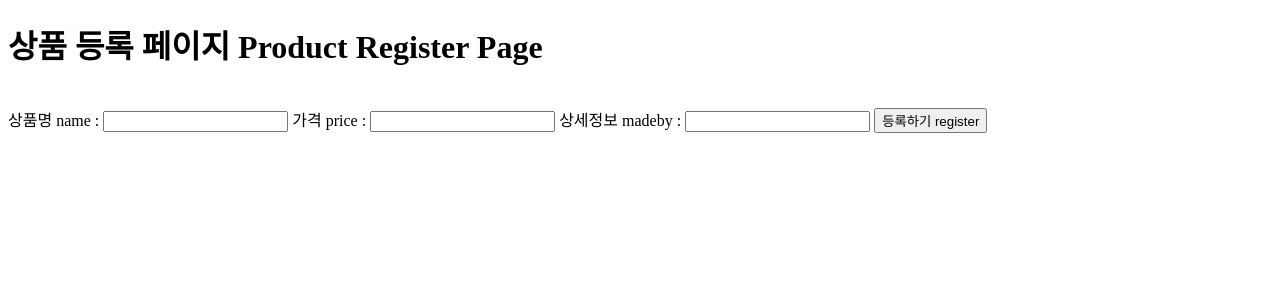
Repository: jungeunpark980906/back.jsp_study
Page: http://localhost/jsp_study/register.jsp
An editor plug-in stored every save of this project. The page is shown before and after the next save, followed by the edit.
The browser window is 1280 px wide. The pictures show the whole page.
The page is served by Tomcat 9.

Above is the page before, as saved 2023-05-11 01:24:43.

After the next save:
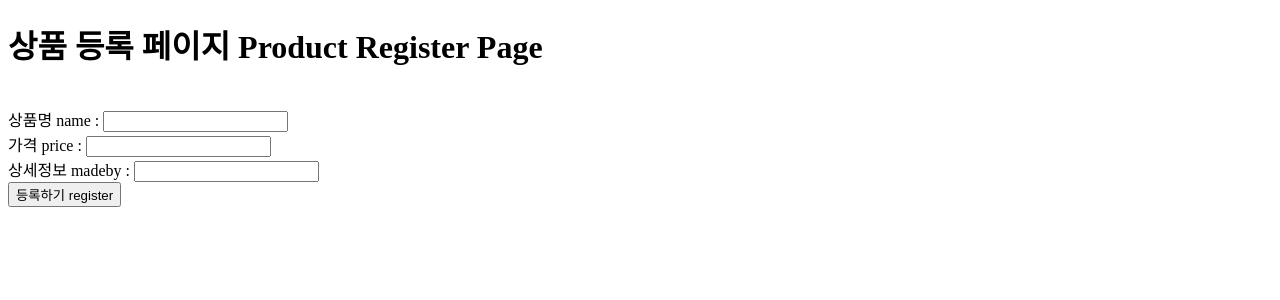
Saved 27 s later.
--- a/jsp_project1/jsp_study/src/main/webapp/register.jsp
+++ b/jsp_project1/jsp_study/src/main/webapp/register.jsp
@@ -11,9 +11,9 @@
 	<br>
 
 	<form action="insert.pd" method="post">
-		상품명 name : <input type="text" name="pname">
-		가격 price : <input type="text" name="price">
-		상세정보 madeby : <input type="text" name="madeby">
+		상품명 name : <input type="text" name="pname"> <br>
+		가격 price : <input type="text" name="price"> <br>
+		상세정보 madeby : <input type="text" name="madeby"> <br>
 
 		<button type="submit">등록하기 register</button>
 	</form>
